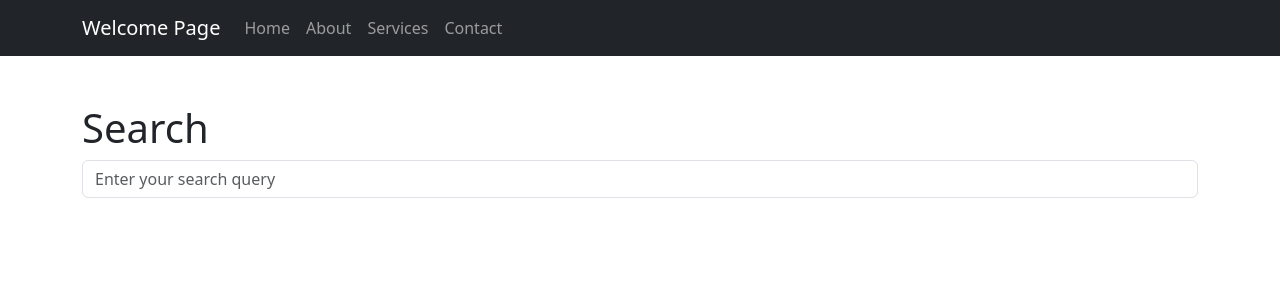
Repository: gyfffffff/meishimeike_test
Page: myweb/test.html
An editor plug-in stored every save of this project. The page is shown before and after the next save, followed by the edit.
The browser window is 1280 px wide. The pictures show the whole page.

Above is the page before, as saved 2023-07-13 10:29:13.

### myweb/test.html
<!-- search.html -->

<!DOCTYPE html>
<html lang="en">

<head>
    <meta charset="UTF-8">
    <meta name="viewport" content="width=device-width, initial-scale=1.0">
    <link rel="stylesheet" href="https://cdn.jsdelivr.net/npm/bootstrap@5.3.0/dist/css/bootstrap.min.css">
    <title>Search Page</title>
</head>

<body>
    <nav class="navbar navbar-expand-lg navbar-dark bg-dark">
        <div class="container">
            <a class="navbar-brand" href="#">Welcome Page</a>
            <button class="navbar-toggler" type="button" data-bs-toggle="collapse" data-bs-target="#navbarNav"
                aria-controls="navbarNav" aria-expanded="false" aria-label="Toggle navigation">
                <span class="navbar-toggler-icon"></span>
            </button>
            <div class="collapse navbar-collapse" id="navbarNav">
                <ul class="navbar-nav ml-auto">
                    <li class="nav-item">
                        <a class="nav-link" href="#">Home</a>
                    </li>
                    <li class="nav-item">
                        <a class="nav-link" href="#">About</a>
                    </li>
                    <li class="nav-item">
                        <a class="nav-link" href="#">Services</a>
                    </li>
                    <li class="nav-item">
                        <a class="nav-link" href="#">Contact</a>
                    </li>
                </ul>
            </div>
        </div>
    </nav>

    <div class="container mt-5">
        <h1>Search</h1>
        <form>
            <div class="form-group">
                <input type="text" class="form-control" id="searchInput" placeholder="Enter your search query">
                <div id="searchResults" class="mt-2"></div>
            </div>
        </form>
    </div>

    <script src="https://cdn.jsdelivr.net/npm/jquery/dist/jquery.min.js"></script>
    <script>
        $(document).ready(function () {
            $('#searchInput').on('input', function () {
                var query = $(this).val();
                if (query.trim() !== '') {
                    $.ajax({
                        url: 'mysql://localhost:3306/crawl',
                        type: 'POST',
                        data: { query: query },
                        success: function (response) {
                            $('#searchResults').empty();
                            response.forEach(function (suggestion) {
                                $('#searchResults').append('<p>' + suggestion + '</p>');
                            });
                        }
                    });
                } else {
                    $('#searchResults').empty();
                }
            });
        });
    </script>
</body>

</html>

After the next save:
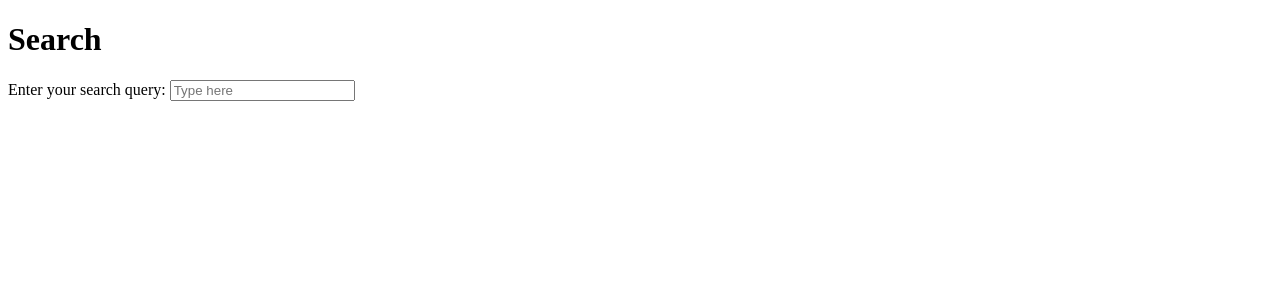
Saved 1 s later.
--- a/myweb/test.html
+++ b/myweb/test.html
@@ -1,73 +1,56 @@
-<!-- search.html -->
-
 <!DOCTYPE html>
 <html lang="en">
 
 <head>
     <meta charset="UTF-8">
     <meta name="viewport" content="width=device-width, initial-scale=1.0">
-    <link rel="stylesheet" href="https://cdn.jsdelivr.net/npm/bootstrap@5.3.0/dist/css/bootstrap.min.css">
     <title>Search Page</title>
 </head>
 
 <body>
-    <nav class="navbar navbar-expand-lg navbar-dark bg-dark">
-        <div class="container">
-            <a class="navbar-brand" href="#">Welcome Page</a>
-            <button class="navbar-toggler" type="button" data-bs-toggle="collapse" data-bs-target="#navbarNav"
-                aria-controls="navbarNav" aria-expanded="false" aria-label="Toggle navigation">
-                <span class="navbar-toggler-icon"></span>
-            </button>
-            <div class="collapse navbar-collapse" id="navbarNav">
-                <ul class="navbar-nav ml-auto">
-                    <li class="nav-item">
-                        <a class="nav-link" href="#">Home</a>
-                    </li>
-                    <li class="nav-item">
-                        <a class="nav-link" href="#">About</a>
-                    </li>
-                    <li class="nav-item">
-                        <a class="nav-link" href="#">Services</a>
-                    </li>
-                    <li class="nav-item">
-                        <a class="nav-link" href="#">Contact</a>
-                    </li>
-                </ul>
-            </div>
+    <h1>Search</h1>
+    <form>
+        <div>
+            <label for="searchInput">Enter your search query:</label>
+            <input type="text" id="searchInput" placeholder="Type here">
         </div>
-    </nav>
-
-    <div class="container mt-5">
-        <h1>Search</h1>
-        <form>
-            <div class="form-group">
-                <input type="text" class="form-control" id="searchInput" placeholder="Enter your search query">
-                <div id="searchResults" class="mt-2"></div>
-            </div>
-        </form>
-    </div>
+        <div id="searchSuggestions"></div>
+    </form>
 
     <script src="https://cdn.jsdelivr.net/npm/jquery/dist/jquery.min.js"></script>
     <script>
         $(document).ready(function () {
             $('#searchInput').on('input', function () {
-                var query = $(this).val();
-                if (query.trim() !== '') {
+                var query = $(this).val().trim();
+                if (query !== '') {
                     $.ajax({
-                        url: 'mysql://localhost:3306/crawl',
+                        url: '/search-suggestions', // 替换为正确的后端路由
                         type: 'POST',
                         data: { query: query },
                         success: function (response) {
-                            $('#searchResults').empty();
-                            response.forEach(function (suggestion) {
-                                $('#searchResults').append('<p>' + suggestion + '</p>');
-                            });
+                            var suggestions = response;
+                            displaySuggestions(suggestions);
                         }
                     });
                 } else {
-                    $('#searchResults').empty();
+                    $('#searchSuggestions').empty();
                 }
             });
+
+            function displaySuggestions(suggestions) {
+                var suggestionsList = $('#searchSuggestions');
+                suggestionsList.empty();
+
+                if (suggestions.length > 0) {
+                    for (var i = 0; i < suggestions.length; i++) {
+                        var suggestion = suggestions[i];
+                        var listItem = $('<p>' + suggestion + '</p>');
+                        suggestionsList.append(listItem);
+                    }
+                } else {
+                    suggestionsList.html('<p>No suggestions found.</p>');
+                }
+            }
         });
     </script>
 </body>
